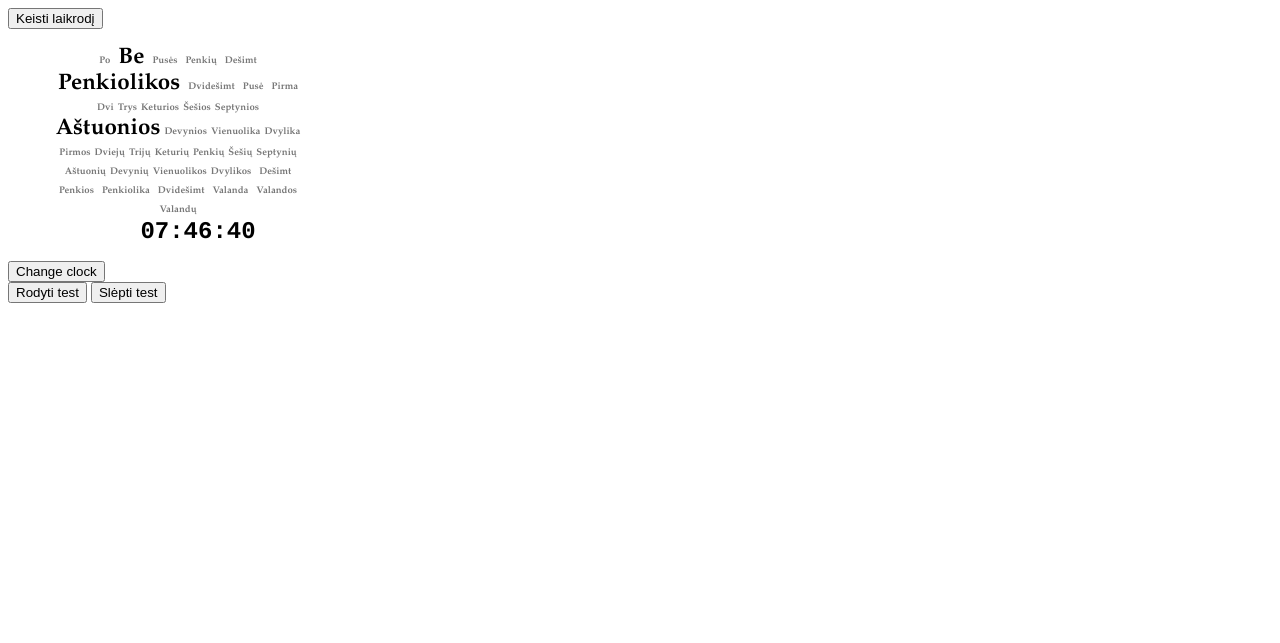
Repository: Skaidrius/WordClock
Page: index.html
The author's editor kept a record of every edit. The page is drawn from the files as they stood at one moment, then again after the next edit.
The browser window is 1280 px wide. The pictures show the whole page.
Some web libraries are served in a nearby version.

Above is the page before.

### index.html
<!DOCTYPE html>
<html>

<head>
    <meta charset="UTF-8">
    <title>Laikrodukas</title>
    <link type="text/css" rel="stylesheet" href="style.css"></link>
</head>

<body ng-app="clockApp">

    <div ng-controller="DataController" ng-init="init();">
        <button ng-click="changeClass()">Keisti laikrodį</button><br>

        <show-big-clock></show-big-clock>
    </div>

    <div ng-controller="DataControllerEn" ng-init="init();">
        <button ng-click="changeClass()">Change clock</button><br>

        <show-big-clock-en></show-big-clock-en>
    </div>

    <div ng-controller="TestController" ng-init="currHours = '1'; currMins = '0';">
        <button ng-click="show=true">Rodyti test</button>
        <button ng-click="show=false">Slėpti test</button>
        <div ng-show="show" id="clck-bgr">
        <ul>
            <li ng-class="currMins >= 5 && currMins < 25 || currMins >= 35 && currMins < 40 ? 'active' : 'passive'">{{after}}</li>
            <li ng-class="currMins >= 25 && currMins < 30 || currMins >= 40 ? 'active' : 'passive'">{{till}}</li>
            <li ng-class="currMins >= 35 && currMins < 40 ? 'active' : 'passive'">{{afterhalf}}</li>
            <li ng-class="currMins >= 25 && currMins < 30 || currMins >=  55 ? 'active' : 'passive'">{{fivetill}}</li>
            <li ng-class="currMins >= 50 && currMins < 55 ? 'active' : 'passive'">{{ten}}</li>
            <li ng-class="currMins >= 45 && currMins < 50 ? 'active' : 'passive'">{{quarter}}</li>
            <li ng-class="currMins >= 40 && currMins < 45 ? 'active' : 'passive'">{{twenty}}</li>
            <li ng-class="currMins >= 25 && currMins < 35 ? 'active' : 'passive'">{{half}}</li>

            <li ng-show="item.value!= 13" ng-repeat="item in hoursPastHalf" ng-class="currMins >= 40 && item.value-1 == currHours || currMins < 5 && item.value == currHours ? 'active' : 'passive'">{{item.name }}</li>

            <li ng-show="item.value!= 13" ng-repeat="item in hoursPastZero" ng-class="currMins >= 5 && currMins < 25 && item.value == currHours || currMins >= 25 && currMins < 40 && item.value-1 == currHours ? 'active' : 'passive'">{{item.name }}</li>

            <li ng-class="currMins > 9 && currMins < 15 || currHours == tenHours.value && currMins >= 0 && currMins < 25 || currMins >= 25 && currMins < 60 && tenHours.value-1 == currHours ? 'active' : 'passive'">{{tenHours.name}}</li>

            <li ng-class="currMins < 10 && five.value == currHours ||
                    currMins > 35 && five.value-1 == currHours ||
                    currMins >=5 && currMins < 10 ||
                    currMins >= 35 && currMins < 40 ? 'active' : 'passive'">{{five.name}}</li>

            <li ng-class="currMins >= 15 && currMins < 20? 'active' : 'passive'">{{fifteen}}</li>
            <li ng-class="currMins >= 20 && currMins < 25 ? 'active' : 'passive'">{{twenty}}</li>
            <li ng-class="currMins < 5 && currHours == 1 < 5 ? 'active' : 'passive'">{{hour}}</li>
            <li ng-class="currMins < 5 && currHours > 1 && currHours <= 9 ? 'active' : 'passive'">{{hours}}</li>
            <li ng-class="currMins < 5 && currHours > 9 ? 'active' : 'passive'">{{morehour}}</li>
        </ul>

        <div class="digital">
            <span>{{currHours}}: {{currMins}}</span><br>
         </div>
         <div>
            <input type="number" ng-model="currHours"/></label>
            <input type="number" ng-model="currMins"/></label>
         </div>

    </div>


<script src="https://ajax.googleapis.com/ajax/libs/angularjs/1.3.12/angular.min.js"></script>
<script type="text/javascript" src="app.js"></script>
</body>

</html>

### style.css
body {
    font-family: 'Book Antiqua', 'Palatino Linotype', Palatino, serif;
}

.clck-bgr {
    text-align: center;
    max-width: 300px;
}

.clck-circle {
    max-width: 512px;
    height: auto;
    border: 1px solid grey;
    border-radius: 5px;
    padding: 0.7em;
    margin: 5px;
}
ul li    {
    list-style: none;
    display: inline-block;
    padding: 0 2px;
    font-weight: bold;
}

.active   { color: #000; font-size: 1.4em}
.passive  { color: #777; font-size: 0.6em}

.visible   { visibility: visible; font-size: 1.4em}
.hidden  { display: none; font-size: 0.6em}

.digital {
    font-family: ‘Courier New’, Courier, monospace;
    font-size: 24px;
}

.digital::before {
    clear: both;
}

### app.js
var app = angular.module('clockApp', []);
app.controller('DataController', function($scope, $interval, $filter) {

    $scope.init = $interval(function(){
        $scope.input = new Date();
        $scope.currHours = $filter('date')($scope.input, 'hh');
        $scope.currMins = $filter('date')($scope.input, 'mm');
        $scope.currSecs = $filter('date')($scope.input, 'ss');

        $scope.hoursPastHalf= [ {value:   1,     name: "Pirma" },
                        {value:   2,     name: "Dvi"        },
                        {value:   3,     name: "Trys"       },
                        {value:   4,     name: "Keturios"   },
                        {value:   6,     name: "Šešios"     },
                        {value:   7,     name: "Septynios"  },
                        {value:   8,     name: "Aštuonios"  },
                        {value:   9,     name: "Devynios"   },
                        {value:  11,     name: "Vienuolika" },
                        {value:  12,     name: "Dvylika"    },
                        {value:  13,     name: "Pirma"      } ];

        $scope.tenHours = {value:  10,     name: "Dešimt"   };
        $scope.five =   {value:  5,     name:  "Penkios"    };

        $scope.hoursPastZero = [ {value:  1,     name: "Pirmos"     },
                        {value:  2,     name: "Dviejų"      },
                        {value:  3,     name: "Trijų"       },
                        {value:  4,     name: "Keturių"     },
                        {value:  5,     name: "Penkių"      },
                        {value:  6,     name: "Šešių"       },
                        {value:  7,     name: "Septynių"    },
                        {value:  8,     name: "Aštuonių"    },
                        {value:  9,     name: "Devynių"     },
                        {value:  11,    name: "Vienuolikos" },
                        {value:  12,    name: "Dvylikos"    },
                        {value:  13,    name: "Pirmos"      }  ];

        $scope.till = "Be";
        $scope.after = "Po";

        $scope.fivetill = "Penkių";
        $scope.ten = "Dešimt";
        $scope.quarter = "Penkiolikos";
        $scope.fifteen = "Penkiolika";
        $scope.twenty = "Dvidešimt";
        $scope.half = "Pusė";
        $scope.afterhalf = "Pusės";

        $scope.hour = "Valanda";
        $scope.hours = "Valandos";
        $scope.morehour = "Valandų";

    },100 );

    $scope.showClassName = 'active';
    $scope.hiddenClassName = 'passive';

    $scope.changeClass = function(){
        if ($scope.showClassName != "active"){
            $scope.showClassName = "active";
            $scope.hiddenClassName = "passive";
          } else {
            $scope.showClassName = "visible";
            $scope.hiddenClassName = "hidden";
          }
    };

});

app.controller('DataControllerEn', function($scope, $interval, $filter) {

    $scope.init = $interval(function(){
        $scope.input = new Date();
        $scope.currHours = $filter('date')($scope.input, 'hh');
        $scope.currMins = $filter('date')($scope.input, 'mm');
        $scope.currSecs = $filter('date')($scope.input, 'ss');

        $scope.hoursPastHalf= [ {value:   1,     name: "One" },
                        {value:   2,     name: "Two"        },
                        {value:   3,     name: "Three"       },
                        {value:   4,     name: "Four"   },
                        {value:   6,     name: "Six"     },
                        {value:   7,     name: "Seven"  },
                        {value:   8,     name: "Eight"  },
                        {value:   9,     name: "Nine"   },
                        {value:  11,     name: "Eleven" },
                        {value:  12,     name: "Twelve"    },
                        {value:  13,     name: "Thirteen"      } ];

        $scope.tenHours = {value:  10,     name: "Ten"   };
        $scope.five =   {value:  5,     name:  "Five"    };

        $scope.hoursPastZero = [ {value:  1,     name: "Pirmos"     },
                        {value:  2,     name: "Dviejų"      },
                        {value:  3,     name: "Trijų"       },
                        {value:  4,     name: "Keturių"     },
                        {value:  5,     name: "Penkių"      },
                        {value:  6,     name: "Šešių"       },
                        {value:  7,     name: "Septynių"    },
                        {value:  8,     name: "Aštuonių"    },
                        {value:  9,     name: "Devynių"     },
                        {value:  11,    name: "Vienuolikos" },
                        {value:  12,    name: "Dvylikos"    },
                        {value:  13,    name: "Pirmos"      }  ];

        $scope.till = "Till";
        $scope.after = "Past";

        $scope.fivetill = "Five";
        $scope.ten = "Ten";
        $scope.quarter = "Quarter";
        $scope.fifteen = "Quarter";
        $scope.twenty = "Twenty";
        $scope.half = "Half of";
        $scope.afterhalf = "Half";

        $scope.hour = "Hour";
        $scope.hours = "Hour";
        $scope.morehour = "Hour";

    },100 );

    $scope.showClassName = 'active';
    $scope.hiddenClassName = 'passive';

    $scope.changeClass = function(){
        if ($scope.showClassName != "active"){
            $scope.showClassName = "active";
            $scope.hiddenClassName = "passive";
          } else {
            $scope.showClassName = "visible";
            $scope.hiddenClassName = "hidden";
          }
    };

});

// tests
app.controller('TestController', function($scope, $interval) {  //clone for testing

    $scope.init = $interval(function(){

        $scope.hoursPastHalf= [ {value:   1,     name: "Pirma" },
                        {value:   2,     name: "Dvi"        },
                        {value:   3,     name: "Trys"       },
                        {value:   4,     name: "Keturios"   },
                        {value:   6,     name: "Šešios"     },
                        {value:   7,     name: "Septynios"  },
                        {value:   8,     name: "Aštuonios"  },
                        {value:   9,     name: "Devynios"   },
                        {value:  11,     name: "Vienuolika" },
                        {value:  12,     name: "Dvylika"    },
                        {value:  13,     name: "Pirma"      } ];

        $scope.tenHours = {value:  10,  name: "Dešimt"      };
        $scope.five =   {value:  5,     name:  "Penkios"    };

        $scope.hoursPastZero = [ {value:  1,     name: "Pirmos"     },
                        {value:  2,     name: "Dviejų"      },
                        {value:  3,     name: "Trijų"       },
                        {value:  4,     name: "Keturių"     },
                        {value:  5,     name: "Penkių"      },
                        {value:  6,     name: "Šešių"       },
                        {value:  7,     name: "Septynių"    },
                        {value:  8,     name: "Aštuonių"    },
                        {value:  9,     name: "Devynių"     },
                        {value:  11,    name: "Vienuolikos" },
                        {value:  12,    name: "Dvylikos"    },
                        {value:  13,    name: "Pirmos"      }  ];

        $scope.till = "Be";
        $scope.after = "Po";

        $scope.fivetill = "Penkių";
        $scope.ten = "Dešimt";
        $scope.quarter = "Penkiolikos";
        $scope.fifteen = "Penkiolika";
        $scope.twenty = "Dvidešimt";
        $scope.half = "Pusė";
        $scope.afterhalf = "Pusės";

        $scope.hour = "Valanda";
        $scope.hours = "Valandos";
        $scope.morehour = "Valandų";

},100 );

});

app.directive('showBigClock', function(){
    return {
        templateUrl: 'clock.html'
    };
});

### clock.html
<div class="clck-bgr">
<ul>
    <li ng-class="currMins >= 5 && currMins < 25 || currMins >= 35 && currMins < 40 ? showClassName : hiddenClassName">{{after}}</li>
    <li ng-class="currMins >= 25 && currMins < 30 || currMins >= 40 ? showClassName : hiddenClassName">{{till}}</li>
    <li ng-class="currMins >= 35 && currMins < 40 ? showClassName : hiddenClassName ">{{afterhalf}}</li>
    <li ng-class="currMins >= 25 && currMins < 30 || currMins >=  55 ? showClassName : hiddenClassName">{{fivetill}}</li>
    <li ng-class="currMins >= 50 && currMins < 55 && currMins >=10 && currMins < 20 ? showClassName : hiddenClassName">{{ten}}</li>
    <li ng-class="currMins >= 45 && currMins < 50 ? showClassName : hiddenClassName">{{quarter}}</li>
    <li ng-class="currMins >= 40 && currMins < 45 ? showClassName : hiddenClassName">{{twenty}}</li>
    <li ng-class="currMins >= 25 && currMins < 35 ? showClassName : hiddenClassName">{{half}}</li>

    <li ng-show="item.value!= 13" ng-repeat="item in hoursPastHalf" ng-class="currMins >= 40 && item.value-1 == currHours || currMins < 5 && item.value == currHours ? showClassName : hiddenClassName">{{item.name }}</li>
    <li ng-show="item.value!= 13" ng-repeat="item in hoursPastZero" ng-class="currMins >= 5 && currMins < 25 && item.value == currHours || currMins >= 25 && currMins < 40 && item.value-1 == currHours ? showClassName : hiddenClassName">{{item.name }}</li>

    <li ng-class="currMins > 9 && currMins < 15 || currHours == tenHours.value && currMins >= 0 && currMins < 25 || currMins >= 25 && currMins < 60 && tenHours.value-1 == currHours ? showClassName : hiddenClassName">{{tenHours.name}}</li>

    <li ng-class="currMins < 10 && five.value == currHours ||
                    currMins > 35 && five.value-1 == currHours ||
                    currMins >=5 && currMins < 10 ||
                    currMins >= 35 && currMins < 40 ? showClassName : hiddenClassName">{{five.name}}</li>

    <li ng-class="currMins >= 15 && currMins < 20 ? showClassName : hiddenClassName">{{fifteen}}</li>
    <li ng-class="currMins >= 20 && currMins < 25 ? showClassName : hiddenClassName">{{twenty}}</li>
    <li ng-class="currMins < 5 && currHours == 1 < 5 ? showClassName : hiddenClassName">{{hour}}</li>
    <li ng-class="currMins < 5 && currHours > 1 && currHours <= 9 ? showClassName : hiddenClassName">{{hours}}</li>
    <li ng-class="currMins < 5 && currHours > 9 ? showClassName : hiddenClassName">{{morehour}}</li>
    <ul class="digital">
        <li>{{currHours}}:{{currMins}}:{{currSecs}}</li>
    </ul>
</ul>
</div>

After the next edit:
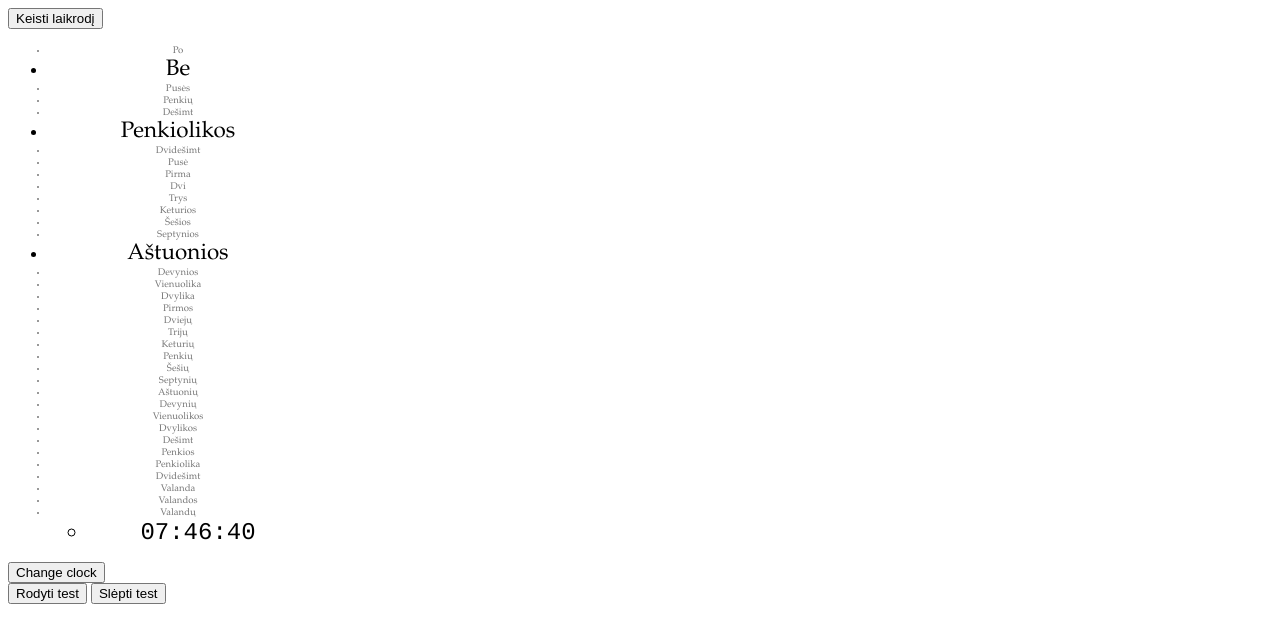
The edit:
--- a/style.css
+++ b/style.css
@@ -15,7 +15,7 @@ ul {
     padding: 0.7em;
     margin: 5px;
 }
-ul li    {
+.clck-circle > li    {
     list-style: none;
     display: inline-block;
     padding: 0 2px;
